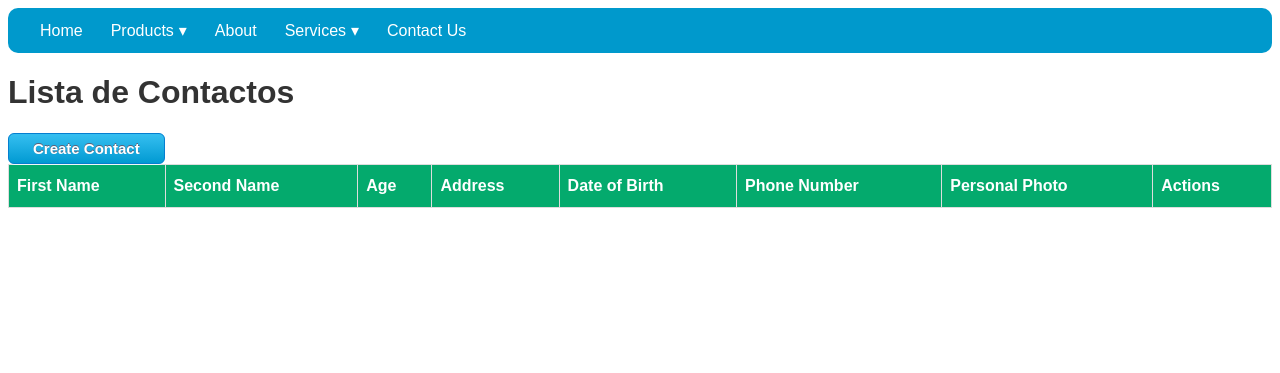
Repository: fgala1619/frontSistGestionBank
Page: index.html
These files come from the project's save history. The page is drawn as it stood at one moment and after the next save; the edit follows.
The browser window is 1280 px wide. The pictures show the whole page.
The page's requests for data from a server got no answer.

Above is the page before, as saved 2023-07-27 21:14:59.

After the next save:
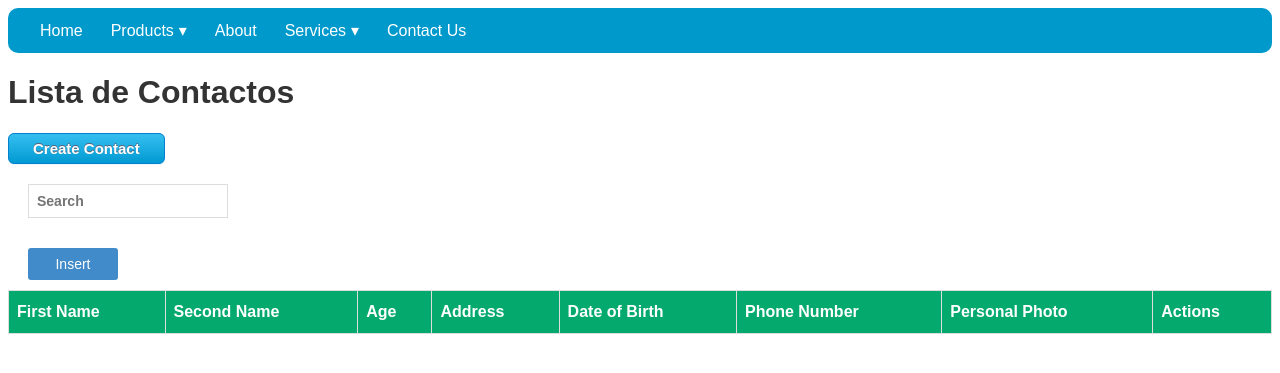
Saved 51 min 23 s later.
--- a/index.html
+++ b/index.html
@@ -32,6 +32,14 @@
 <h1>Lista de Contactos</h1>
 
 <a onclick="agregar()" href="#" class="myButton">Create Contact</a><br/>
+
+<div class="modal-body">
+      <input id="txtCadena" type="text" placeholder="Search" size="30" /><br/>
+    </div>
+    <div class="modal-footer">
+
+      <a href="#" onclick="save()" class="btn" id="btn_ingresar">Insert</a>
+    </div>
 
 <table id="customers">
   <thead>
